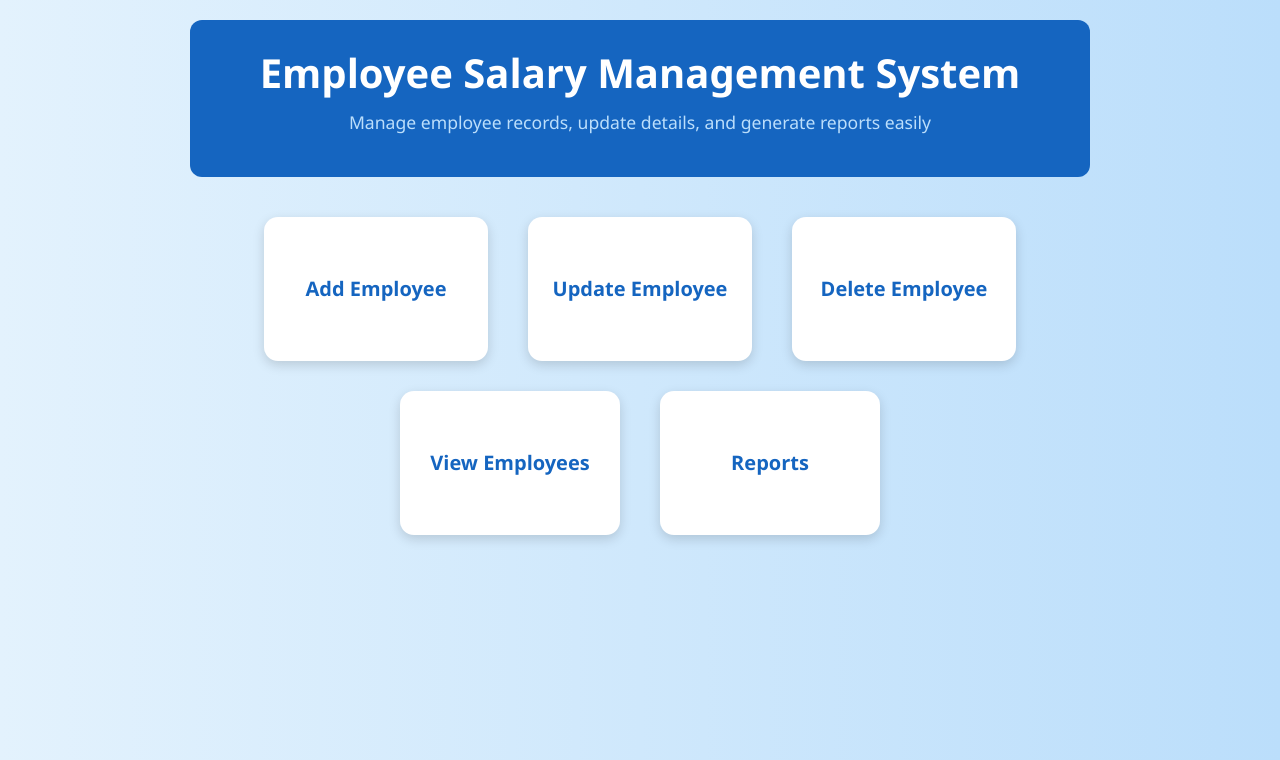
Repository: sweekrithishetty28/Employee_Salary_Management
Page: http://localhost/EmployeeWebApp/
An editor plug-in stored every save of this project. The page is shown before and after the next save, followed by the edit.
The browser window is 1280 px wide. The pictures show the whole page.
The page is served by Tomcat 9. Other server files are loaded and not shown.

Above is the page before, as saved 2025-05-27 07:20:26.

### Employee Salary Mangement/EmployeeWebApp/src/main/webapp/index.jsp
<%@ page language="java" contentType="text/html; charset=UTF-8" pageEncoding="UTF-8"%>
<!DOCTYPE html>
<html lang="en">
<head>
    <meta charset="UTF-8" />
    <title>Employee Salary Management System</title>
    <meta name="viewport" content="width=device-width, initial-scale=1" />
    <style>
        body {
            margin: 0;
            font-family: 'Segoe UI', Tahoma, Geneva, Verdana, sans-serif;
            background: linear-gradient(to right, #e3f2fd, #bbdefb);
            display: flex;
            flex-direction: column;
            min-height: 100vh;
            align-items: center;
            justify-content: flex-start;
            padding: 20px;
        }

        .header {
            background-color: #1565c0;
            color: white;
            padding: 25px 40px;
            border-radius: 12px;
            text-align: center;
            width: 100%;
            max-width: 900px;
            box-sizing: border-box;
            margin-bottom: 40px;
        }

        .header h1 {
            margin: 0;
            font-size: 2.5rem;
        }

        .header p {
            margin-top: 10px;
            font-size: 1.1rem;
            color: #bbdefb;
        }

        /* Container for nav cards */
        .nav-container {
            width: 100%;
            max-width: 900px;
            display: flex;
            flex-direction: column;
            gap: 30px;
            align-items: center;
        }

        /* Each row container */
        .nav-row {
            display: flex;
            justify-content: center;
            gap: 40px;
            width: 100%;
            flex-wrap: nowrap;
        }

        /* Cards */
        .nav-card {
            background-color: white;
            border-radius: 14px;
            box-shadow: 0 4px 12px rgba(0,0,0,0.15);
            width: 220px;
            height: 140px;
            display: flex;
            flex-direction: column;
            justify-content: center;
            align-items: center;
            text-decoration: none;
            color: #1565c0;
            font-weight: 600;
            font-size: 1.25rem;
            cursor: pointer;
            transition: transform 0.2s ease, box-shadow 0.2s ease;
            user-select: none;
            border: 2px solid transparent;
        }

        .nav-card:hover {
            transform: translateY(-6px);
            box-shadow: 0 10px 20px rgba(21, 101, 192, 0.4);
            border-color: #1565c0;
            color: #0d47a1;
        }

        /* Loading Overlay */
        .loading-overlay {
            display: none;
            position: fixed;
            top: 0; left: 0;
            width: 100%; height: 100%;
            background: rgba(0, 0, 0, 0.5);
            z-index: 1000;
            justify-content: center;
            align-items: center;
        }

        .loading-content {
            background: #fff;
            padding: 30px 40px;
            border-radius: 10px;
            text-align: center;
            box-shadow: 0 0 20px rgba(0,0,0,0.25);
        }

        .spinner {
            width: 40px;
            height: 40px;
            border: 4px solid #ccc;
            border-top: 4px solid #1565c0;
            border-radius: 50%;
            animation: spin 1s linear infinite;
            margin: 0 auto 15px;
        }

        @keyframes spin {
            to { transform: rotate(360deg); }
        }

        /* Responsive: wrap rows on smaller screens */
        @media (max-width: 720px) {
            .nav-row {
                flex-wrap: wrap;
                gap: 20px;
                justify-content: center;
            }

            .nav-card {
                width: 45vw;
                max-width: 220px;
                height: 120px;
                font-size: 1.1rem;
            }
        }
    </style>
</head>
<body>

<div class="header">
    <h1>Employee Salary Management System</h1>
    <p>Manage employee records, update details, and generate reports easily</p>
</div>

<div class="nav-container">
    <!-- First row: Add, Update, Delete -->
    <div class="nav-row">
        <a href="addEmployee.jsp" class="nav-card">Add Employee</a>
        <a href="updateEmployee.jsp" class="nav-card">Update Employee</a>
        <a href="deleteEmployee.jsp" class="nav-card">Delete Employee</a>
    </div>

    <!-- Second row: View, Reports -->
    <div class="nav-row" style="max-width: 480px; justify-content: space-evenly;">
        <a href="viewEmployees.jsp" class="nav-card">View Employees</a>
        <a href="reports.jsp" class="nav-card">Reports</a>
    </div>
</div>

<!-- Loading overlay -->
<div class="loading-overlay" id="loadingOverlay">
    <div class="loading-content">
        <div class="spinner"></div>
        <p>Loading, please wait...</p>
    </div>
</div>

<script>
    // Example function to show loading overlay on nav-card click
    document.querySelectorAll('.nav-card').forEach(card => {
        card.addEventListener('click', () => {
            document.getElementById('loadingOverlay').style.display = 'flex';
        });
    });
</script>

</body>
</html>

After the next save:
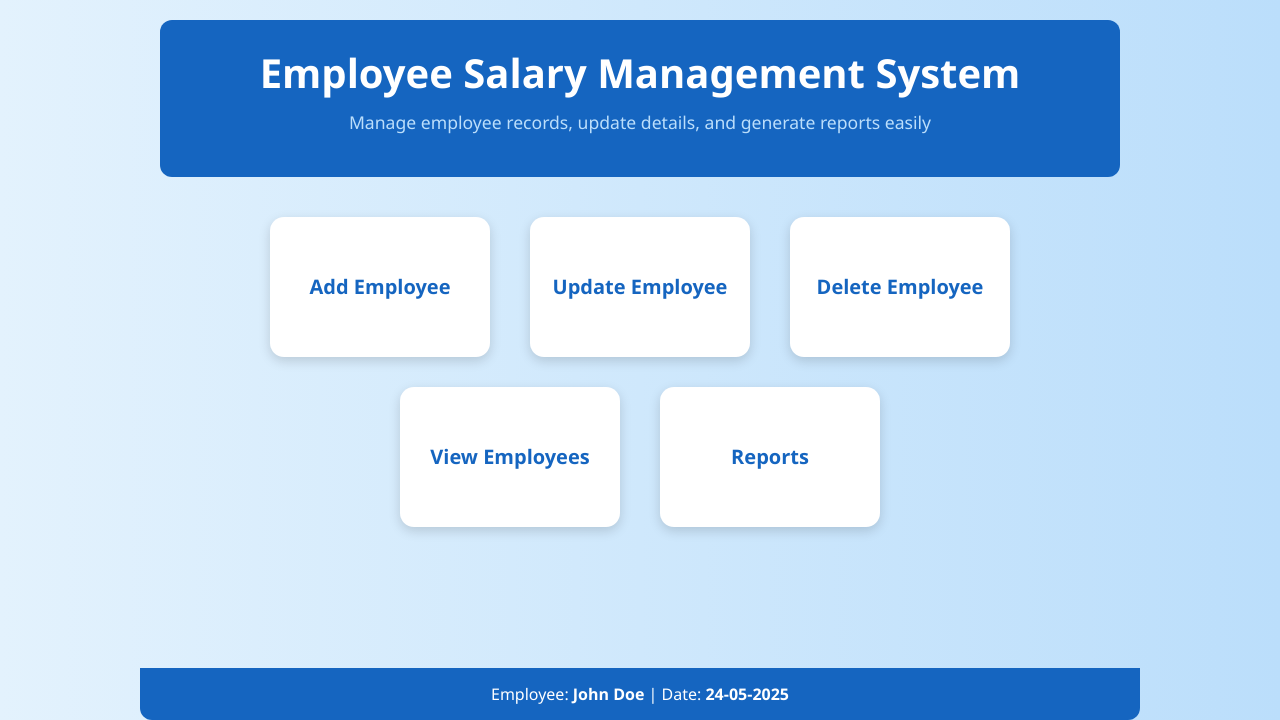
Saved 2 min 59 s later.
--- a/Employee Salary Mangement/EmployeeWebApp/src/main/webapp/index.jsp
+++ b/Employee Salary Mangement/EmployeeWebApp/src/main/webapp/index.jsp
@@ -1,4 +1,13 @@
 <%@ page language="java" contentType="text/html; charset=UTF-8" pageEncoding="UTF-8"%>
+<%@ page import="java.util.Date, java.text.SimpleDateFormat" %>
+<%
+    // Set employee name here (replace with actual logic if needed)
+    String employeeName = "John Doe";
+
+    // Get current date formatted
+    SimpleDateFormat sdf = new SimpleDateFormat("dd-MM-yyyy");
+    String currentDate = sdf.format(new Date());
+%>
 <!DOCTYPE html>
 <html lang="en">
 <head>
@@ -6,16 +15,32 @@
     <title>Employee Salary Management System</title>
     <meta name="viewport" content="width=device-width, initial-scale=1" />
     <style>
-        body {
-            margin: 0;
+        /* Reset and base */
+        * {
+            box-sizing: border-box;
+        }
+        body, html {
+            margin: 0; padding: 0;
+            height: 100%;
             font-family: 'Segoe UI', Tahoma, Geneva, Verdana, sans-serif;
             background: linear-gradient(to right, #e3f2fd, #bbdefb);
             display: flex;
             flex-direction: column;
             min-height: 100vh;
-            align-items: center;
-            justify-content: flex-start;
+            width: 100vw;
+        }
+
+        /* Main container fills screen except footer */
+        .main-container {
+            flex: 1;
+            display: flex;
+            flex-direction: column;
+            align-items: center;
             padding: 20px;
+            max-width: 1000px;
+            margin: 0 auto;
+            width: 100%;
+            box-sizing: border-box;
         }
 
         .header {
@@ -25,7 +50,6 @@
             border-radius: 12px;
             text-align: center;
             width: 100%;
-            max-width: 900px;
             box-sizing: border-box;
             margin-bottom: 40px;
         }
@@ -44,14 +68,12 @@
         /* Container for nav cards */
         .nav-container {
             width: 100%;
-            max-width: 900px;
             display: flex;
             flex-direction: column;
             gap: 30px;
             align-items: center;
         }
 
-        /* Each row container */
         .nav-row {
             display: flex;
             justify-content: center;
@@ -60,7 +82,6 @@
             flex-wrap: nowrap;
         }
 
-        /* Cards */
         .nav-card {
             background-color: white;
             border-radius: 14px;
@@ -122,7 +143,22 @@
             to { transform: rotate(360deg); }
         }
 
-        /* Responsive: wrap rows on smaller screens */
+        /* Footer */
+        footer {
+            background-color: #1565c0;
+            color: white;
+            padding: 15px 40px;
+            text-align: center;
+            font-size: 1rem;
+            width: 100%;
+            max-width: 1000px;
+            margin: 0 auto;
+            box-sizing: border-box;
+            border-radius: 0 0 12px 12px;
+            user-select: none;
+        }
+
+        /* Responsive */
         @media (max-width: 720px) {
             .nav-row {
                 flex-wrap: wrap;
@@ -141,25 +177,31 @@
 </head>
 <body>
 
-<div class="header">
-    <h1>Employee Salary Management System</h1>
-    <p>Manage employee records, update details, and generate reports easily</p>
-</div>
-
-<div class="nav-container">
-    <!-- First row: Add, Update, Delete -->
-    <div class="nav-row">
-        <a href="addEmployee.jsp" class="nav-card">Add Employee</a>
-        <a href="updateEmployee.jsp" class="nav-card">Update Employee</a>
-        <a href="deleteEmployee.jsp" class="nav-card">Delete Employee</a>
+<div class="main-container">
+    <div class="header">
+        <h1>Employee Salary Management System</h1>
+        <p>Manage employee records, update details, and generate reports easily</p>
     </div>
 
-    <!-- Second row: View, Reports -->
-    <div class="nav-row" style="max-width: 480px; justify-content: space-evenly;">
-        <a href="viewEmployees.jsp" class="nav-card">View Employees</a>
-        <a href="reports.jsp" class="nav-card">Reports</a>
+    <div class="nav-container">
+        <!-- First row: Add, Update, Delete -->
+        <div class="nav-row">
+            <a href="addEmployee.jsp" class="nav-card">Add Employee</a>
+            <a href="updateEmployee.jsp" class="nav-card">Update Employee</a>
+            <a href="deleteEmployee.jsp" class="nav-card">Delete Employee</a>
+        </div>
+
+        <!-- Second row: View, Reports -->
+        <div class="nav-row" style="max-width: 480px; justify-content: space-evenly;">
+            <a href="viewEmployees.jsp" class="nav-card">View Employees</a>
+            <a href="reports.jsp" class="nav-card">Reports</a>
+        </div>
     </div>
 </div>
+
+<footer>
+    <div>Employee: <strong><%= employeeName %></strong> | Date: <strong><%= currentDate %></strong></div>
+</footer>
 
 <!-- Loading overlay -->
 <div class="loading-overlay" id="loadingOverlay">
@@ -170,7 +212,7 @@
 </div>
 
 <script>
-    // Example function to show loading overlay on nav-card click
+    // Show loading overlay on nav-card click
     document.querySelectorAll('.nav-card').forEach(card => {
         card.addEventListener('click', () => {
             document.getElementById('loadingOverlay').style.display = 'flex';
